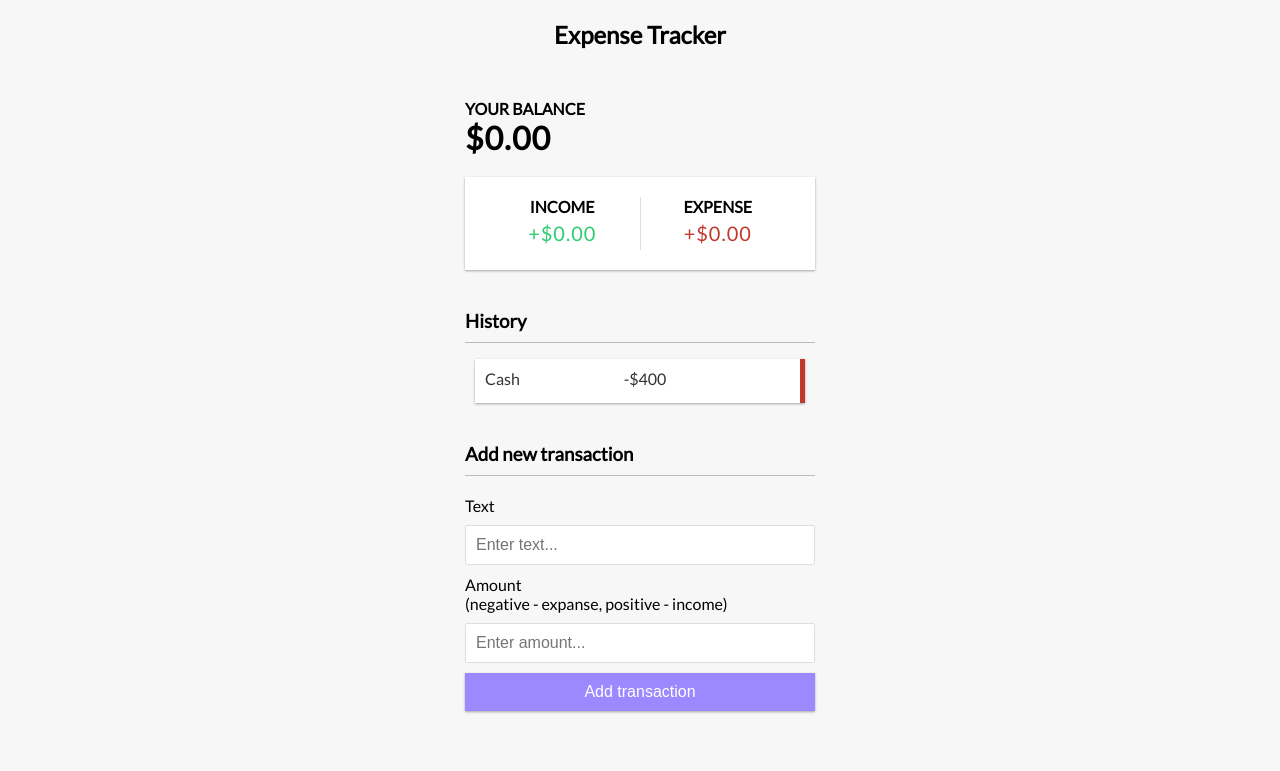
Repository: Youvelop/expenseTracker
Page: index.html
An editor plug-in stored every save of this project. The page is shown before and after the next save, followed by the edit.
The browser window is 1280 px wide. The pictures show the whole page.

Above is the page before, as saved 2020-06-30 13:08:10.

### index.html
<!DOCTYPE html>
<html lang="en">
  <head>
    <meta charset="UTF-8" />
    <meta name="viewport" content="width=device-width, initial-scale=1.0" />
    <link rel="stylesheet" href="style.css" />
    <title>Expense Tracker</title>
  </head>
  <body>
    <h2>Expense Tracker</h2>

    <div class="container">
      <h4>Your Balance</h4>
      <h1 id="balance">$0.00</h1>

      <div class="inc-exp-container">
        <div>
          <h4>Income</h4>
          <p id="money-plus" class="money plus">+$0.00</p>
        </div>
        <div>
          <h4>Expense</h4>
          <p id="money-minus" class="money minus">+$0.00</p>
        </div>
      </div>

      <h3>History</h3>
      <ul id="list" class="list">
        <li class="minus">
          Cash <span>-$400</span><button class="delete-btn">x</button>
        </li>
      </ul>

      <h3>Add new transaction</h3>
      <form id="form">
        <div class="form-control">
          <label for="text">Text</label>
          <input type="text" id="text" placeholder="Enter text..." />
        </div>
        <div class="form-control">
          <label for="amount"
            >Amount <br />
            (negative - expanse, positive - income)</label
          >
          <input type="number" id="amount" placeholder="Enter amount..." />
        </div>
        <button class="btn">Add transaction</button>
      </form>
    </div>
    <script src="script.js"></script>
  </body>
</html>

### style.css
@import url('https://fonts.googleapis.com/css?family=Lato&display=swap');

:root {
  --box-shadow: 0 1px 3px rgba(0, 0, 0, 0.12), 0 1px 2px rgba(0, 0, 0, 0.24);
}

* {
  box-sizing: border-box;
}
body {
  background-color: #f7f7f7;
  display: flex;
  flex-direction: column;
  align-items: center;
  justify-content: center;
  min-height: 100vh;
  margin: 0;
  font-family: 'Lato', sans-serif;
}

.container {
  margin: 30px auto;
  width: 350px;
}

h1 {
  letter-spacing: 1px;
  margin: 0;
}

h3 {
  border-bottom: 1px solid #bbb;
  padding-bottom: 10px;
  margin: 40px 0 10px;
}

h4 {
  margin: 0;
  text-transform: uppercase;
}

.inc-exp-container {
  background-color: #fff;
  box-shadow: var(--box-shadow);
  padding: 20px;
  display: flex;
  justify-content: space-between;
  margin: 20px 0;
}

.inc-exp-container > div {
  flex: 1;
  text-align: center;
}

.inc-exp-container > div:first-of-type {
  border-right: 1px solid #dedede;
}

.money {
  font-size: 20px;
  letter-spacing: 1px;
  margin: 5px 0;
}

.money.plus {
  color: #2ecc71;
}
.money.minus {
  color: #c0392b;
}

label {
  display: inline-block;
  margin: 10px 0;
}

input[type='text'],
input[type='number'] {
  border: 1px solid #dedede;
  border-radius: 2px;
  display: block;
  font-size: 16px;
  padding: 10px;
  width: 100%;
}

.btn {
  cursor: pointer;
  background-color: #9c88ff;
  box-shadow: var(--box-shadow);
  color: #fff;
  border: 0;
  display: block;
  font-size: 16px;
  margin: 10px 0 30px;
  padding: 10px;
  width: 100%;
}
.btn:focus,
.delete-btn:focus {
  outline: 0;
}

.list {
  list-style-type: none;
  padding: 0;
  margin-bottom: 40px;
}

.list li {
  background-color: white;
  box-shadow: var(--box-shadow);
  color: #333;
  display: flex;
  justify-content: space-between;
  position: relative;
  padding: 10px;
  margin: 10px;
}

.list li.minus {
  border-right: 5px solid #c0392b;
}
.list li.plus {
  border-right: 5px solid #2ecc71;
}

.delete-btn {
  background-color: #e74c3c;
  border: 0;
  color: white;
  font-size: 20px;
  line-height: 20px;
  padding: 2px 5px;
  position: asbolute;
  top: 50%;
  left: 0;
  transform: translate(-100%, -50%);
  opacity: 0;
  transition: opacity 0.3s ease;
}

.list li:hover .delete-btn {
  opacity: 1;
}

Loaded but not shown: script.js (no copy from this time; the picture is the same without it)

After the next save:
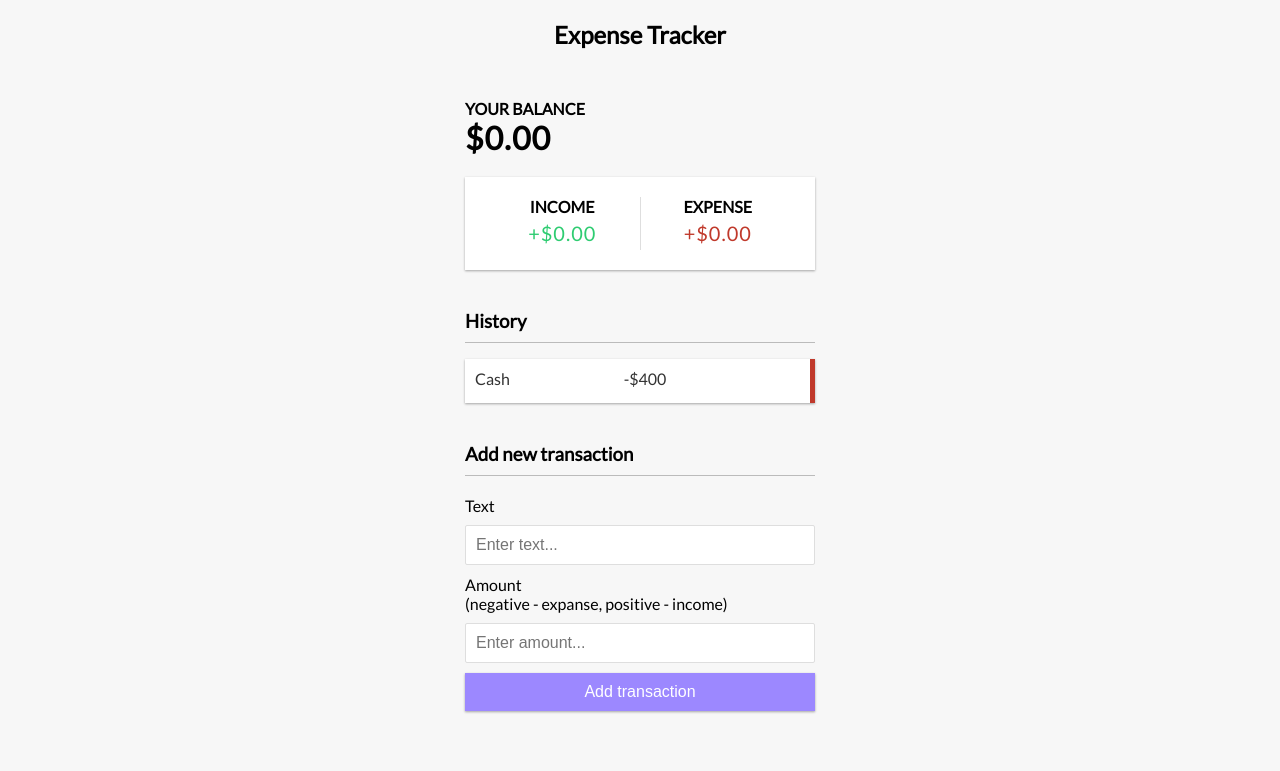
Saved 34 s later.
--- a/style.css
+++ b/style.css
@@ -116,7 +116,7 @@ input[type='number'] {
   justify-content: space-between;
   position: relative;
   padding: 10px;
-  margin: 10px;
+  margin: 10px 0;
 }
 
 .list li.minus {
